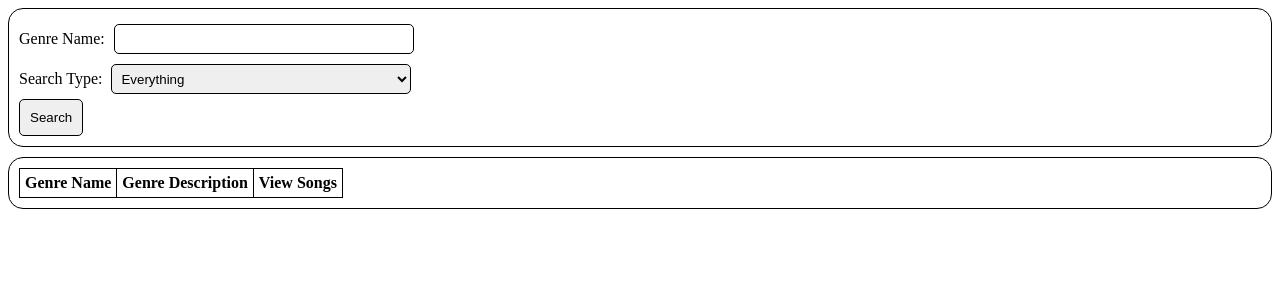
Repository: jasonfic/jmf194_INFSCI1017
Page: MusicJpaWeb/WebContent/genre2.html
The author's editor kept a copy of each file at every save. The page is drawn from the files as they stood at one save, then again after the next save.
The browser window is 1280 px wide. The pictures show the whole page.

Above is the page before, as saved 2019-04-14 06:00:35.

### MusicJpaWeb/WebContent/genre2.html
<html>
<head>
<meta charset="UTF-8">
<title>Music Genres</title>
<script src="script/jquery-3.4.0.min.js"></script>
<link href="css/style.css" rel="stylesheet" type="text/css" />

</head>
<body>
<div id="genreSearch">
	<div>
		Genre Name: <input type="text" id="genreName" name="genreName" value="" class="textField" />
	</div>
	<div>
		Search Type:
		<select name="searchType" id="searchType" class="textField">
			<option value="">Everything</option>
			<option value="equals">Equals</option>
			<option value="begins">Begins</option>
			<option value="ends">Ends</option>
			<option value="contains">Contains</option>
		</select>
	</div>
	<div>
		<input type="button" id="btnSearch" name="btnSubmit" value="Search" />
	</div>
</div>

<div id="searchResults">
	<table id="tblSearchResults">
		<tr>
			<th>Genre Name</th>
			<th>Genre Description</th>
			<th>View Songs</th>
		</tr>
	</table>
</div>

</body>
<script>
	$(document).ready(function (){
		$("#btnSearch").click(function (){
			search($("#searchType").val());
		});

		$("#genreName").keyup(function () {
			var keyPressed = $("#genreName").val();
			if (keyPressed.length > 2) {
				search($("#searchType").val());
			}
			else {
				$(".dataRow").remove();
			}
		});
	});

	function search(optSearchType) {
		var genreName = $("#genreName").val();
		var searchType = $("#searchType").val();
		// console.log("Genre: " + genreName);
		// console.log("SearchType: " + searchType)
		var url = "GenreListWS?genreName=" + genreName + "&searchType=" + searchType;
		// console.log(url);
		$.get(url, function(resp){
			parseGenreData(resp);
		})
		/* logic for dealing with optional parameters
		if(optSearchType === undefined) {
			searchType = $("#searchType").val();
		}
		else {
			searchType = optSearchType;
		}*/
	}

	function parseGenreData(data){
		// $("#searchResults").text(JSON.stringify(data));
		//$(".dataRow").empty();
		var result = "";

		for(var i=0; i < data.length; i++){
			var tr = $("<tr></tr>"); // created empty html table row
			tr.attr({"class" : "datarow"});

			// First data cell
			var td = $("<td></td>"); // created empty html table data
			td.html(data[i].genre_name);
			tr.append(td);

			// Second data cell
			// Note that we don't need to redeclare this
			td = $("<td></td>");
			td.html(data[i].description)
			tr.append(td);

			// Third data cell
			td = $("<td></td>");
			var link = "<a href='song.html?genre_id=" + data[i].genre_id + "'>View Songs</a>";
			td.html(link)
			tr.append(td);

			// Append row to the table
			$("#tblSearchResults").append(tr);

			// result += 'Name: ' + data[i].genre_name + ' Description: ' + data[i].description + '<br />';
		}

		// $("#searchResults").html(result);
	}
</script>
</html>

### MusicJpaWeb/WebContent/css/style.css
#genreSearch {
	border: 1px solid #000;
	padding: 10px;
	border-radius: 15px;
}

.textField {
	border: 1px solid #000;
	border-radius: 5px;
	padding: 5px;
	margin: 5px;
	width: 300px;
	height: 30px;
}

#searchResults {
	border: 1px solid #000;
	padding: 10px;
	margin-top: 10px;
	border-radius: 15px;
}

input[type=button] {
	border: 1px solid #000;
	padding: 10px;
	border-radius: 5px;
}

#tblSearchResults {
	border-collapse: collapse;
}

#tblSearchResults tr th, td {
	border: 1px solid #000;
	padding: 5px;
}

Loaded but not shown: MusicJpaWeb/WebContent/script/jquery-3.4.0.min.js (library)

After the next save:
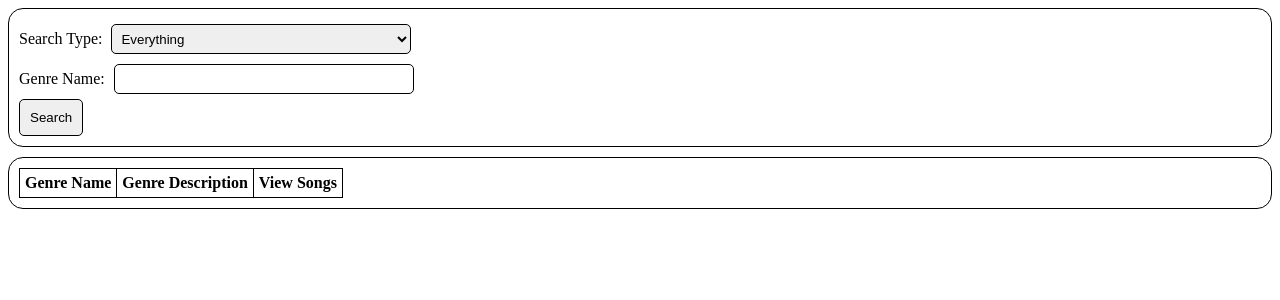
Saved 7 min 53 s later.
--- a/MusicJpaWeb/WebContent/genre2.html
+++ b/MusicJpaWeb/WebContent/genre2.html
@@ -9,9 +9,6 @@
 <body>
 <div id="genreSearch">
 	<div>
-		Genre Name: <input type="text" id="genreName" name="genreName" value="" class="textField" />
-	</div>
-	<div>
 		Search Type:
 		<select name="searchType" id="searchType" class="textField">
 			<option value="">Everything</option>
@@ -20,6 +17,9 @@
 			<option value="ends">Ends</option>
 			<option value="contains">Contains</option>
 		</select>
+	</div>
+	<div>
+		Genre Name: <input type="text" id="genreName" name="genreName" value="" class="textField" />
 	</div>
 	<div>
 		<input type="button" id="btnSearch" name="btnSubmit" value="Search" />
@@ -75,7 +75,7 @@
 
 	function parseGenreData(data){
 		// $("#searchResults").text(JSON.stringify(data));
-		//$(".dataRow").empty();
+		$(".dataRow").remove();
 		var result = "";
 
 		for(var i=0; i < data.length; i++){
